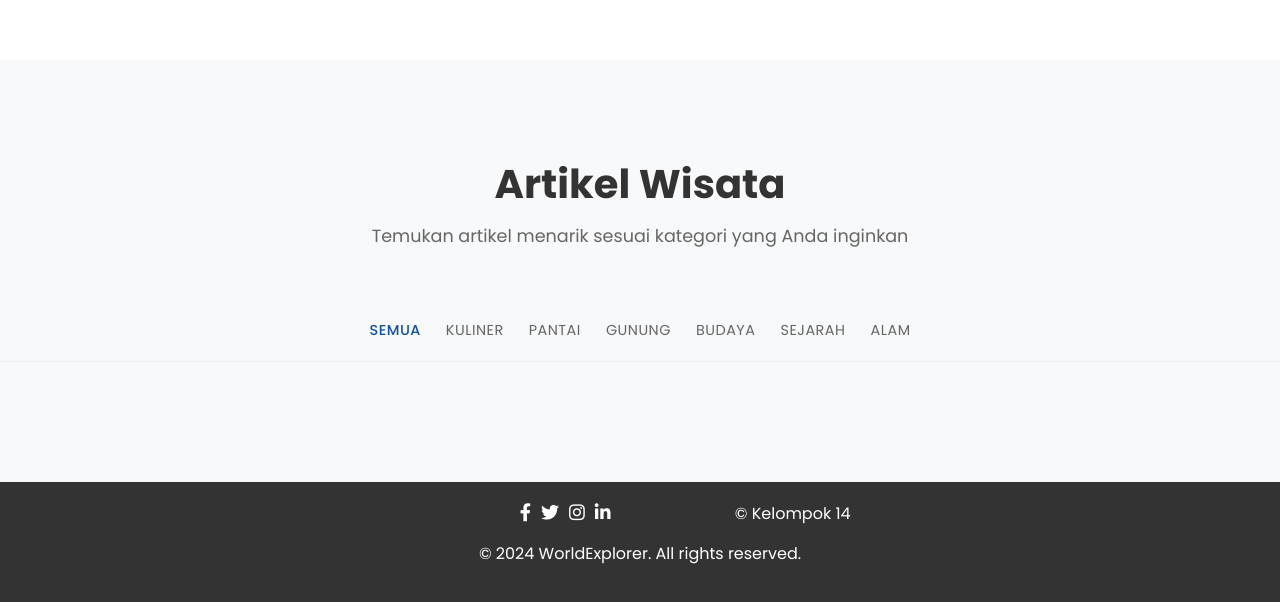
Repository: jalssonn/UAS_FRONTEND_NEW
Page: frontend/index.html
These files come from the project's save history. The page is drawn as it stood at one moment and after the next save; the edit follows.
The browser window is 1280 px wide. The pictures show the part of the page from y = 3750 to 4352 px (the page is 4352 px tall).
A picture or video elsewhere on the page could not be fetched, so the positions and the page height are approximate. The page's requests for data from a server got no answer.

Above is the page before, as saved 2024-12-06 04:11:35.

After the next save:
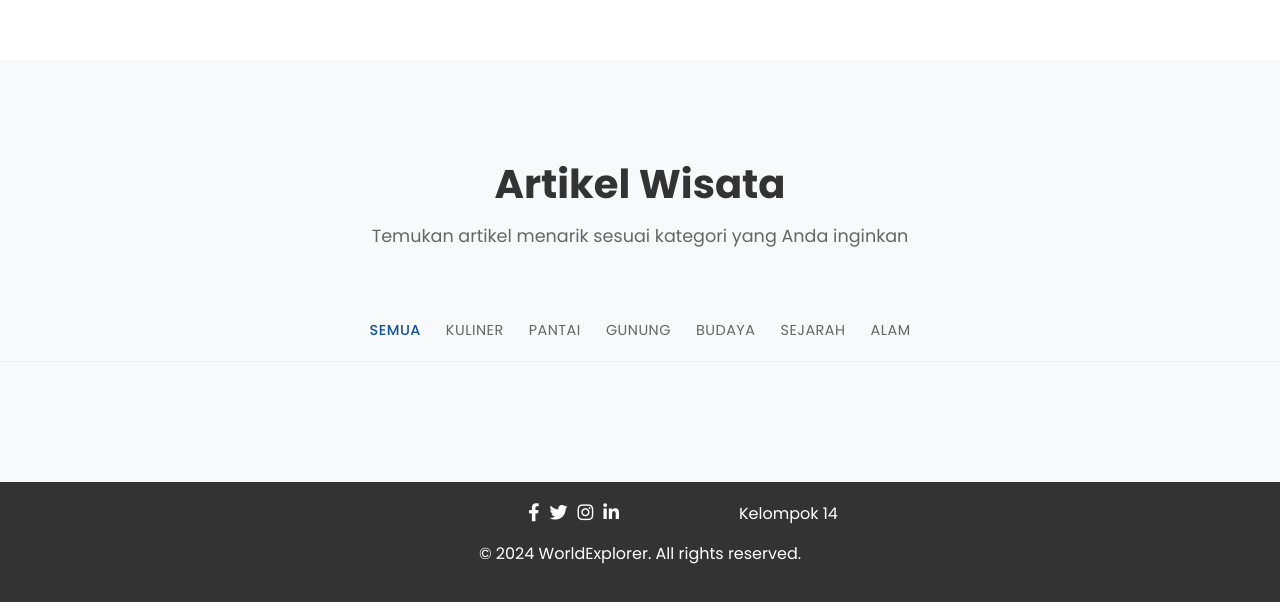
Saved 16 s later.
--- a/frontend/index.html
+++ b/frontend/index.html
@@ -219,7 +219,7 @@
                         </ul>
                     </div>
                     <div class="col-auto text-center">
-                        <p>&copy; Kelompok 14</p>
+                        <p> Kelompok 14</p>
                     </div>
                     <div class="col-auto text-center">
                         <p>&copy; 2024 WorldExplorer. All rights reserved.</p>
